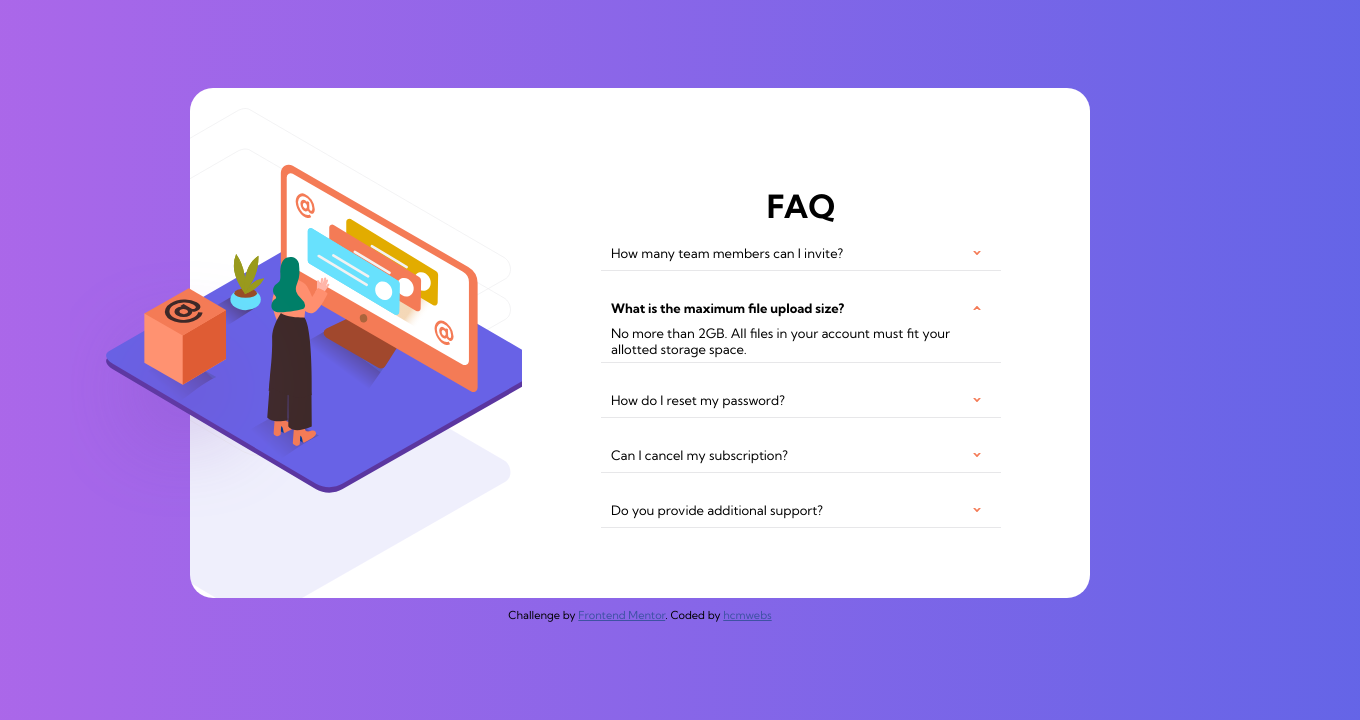
Repository: Hcmwebs/faq-accordion-card
Page: index.html
An editor plug-in stored every save of this project. The page is shown before and after the next save, followed by the edit.
The browser window is 1280 px wide. The page is 1360 px wide, so the pictures cover 1360 px, including what lies to the right of the window. The pictures show the whole page.
The style sheet was rebuilt from its Sass, Less or Tailwind sources for each picture, by a compiler version that may differ from the author's.

Above is the page before, as saved 2020-11-09 12:40:15.

After the next save:
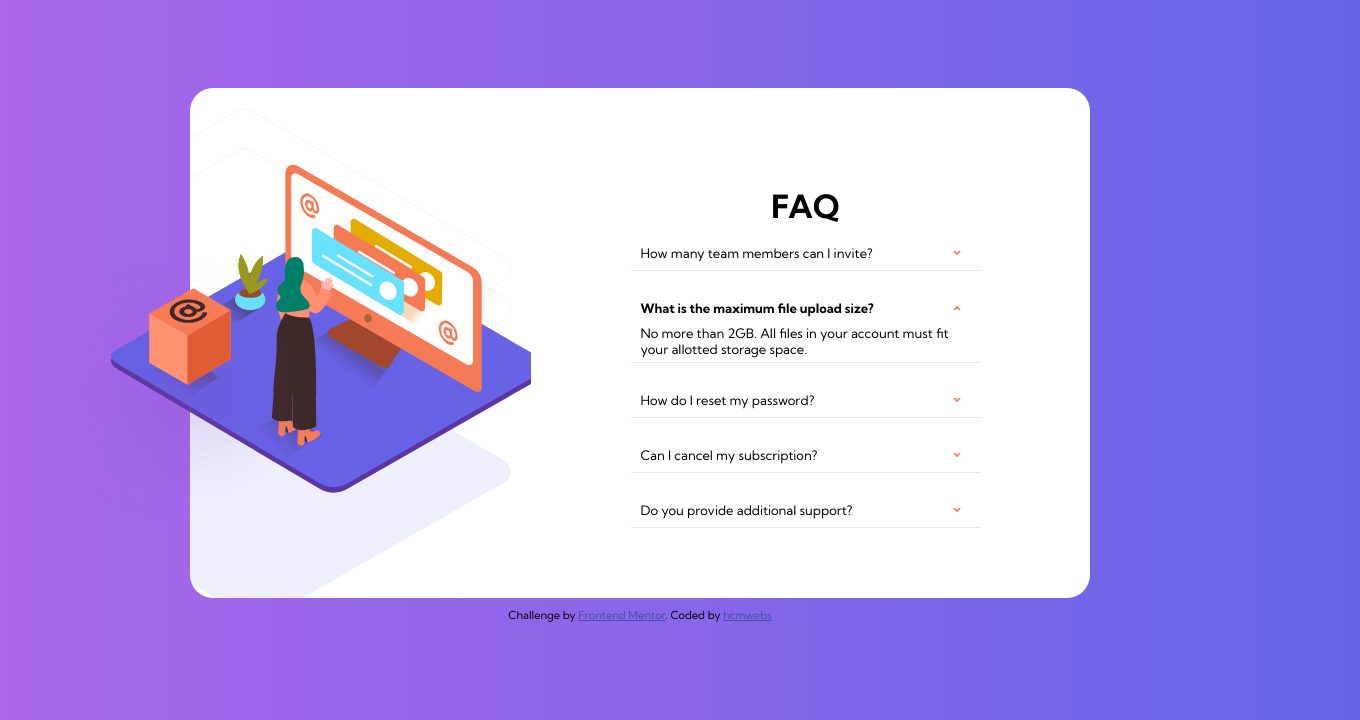
Saved 17 s later.
--- a/scss/_medias.scss
+++ b/scss/_medias.scss
@@ -31,10 +31,10 @@
 
         &--item{
 
-        width:400px;
+        width:350px;
 
           &--title{
-            width: 400px;
+            width: 350px;
           }
         }
 
